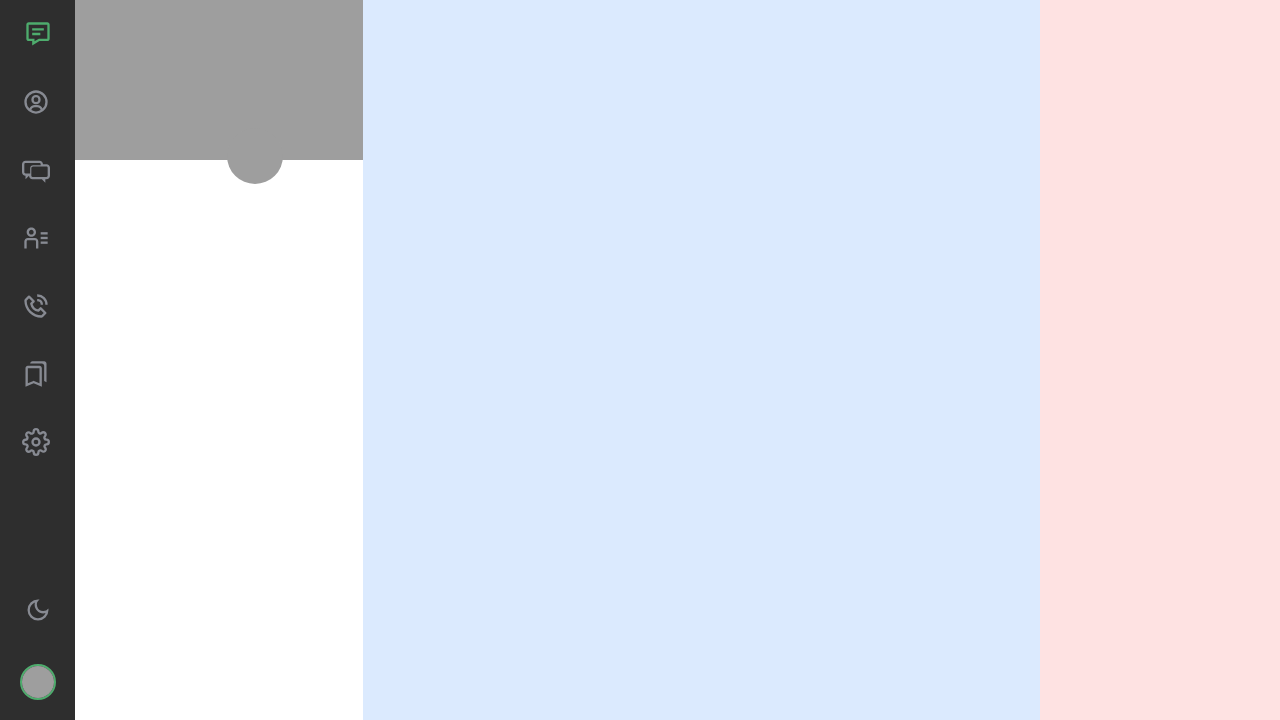
Repository: satya-ranjon/Chat-app
Page: /
An editor plug-in stored every save of this project. The page is shown before and after the next save, followed by the edit.
The browser window is 1280 px wide. The pictures show the whole page.
Pictures or frames that could not be fetched are drawn as grey boxes. The project was rebuilt for these pictures with package versions that can differ from the ones it lists, and the page was loaded fresh each time.

Above is the page before, as saved 2022-03-31 03:18:20.

After the next save:
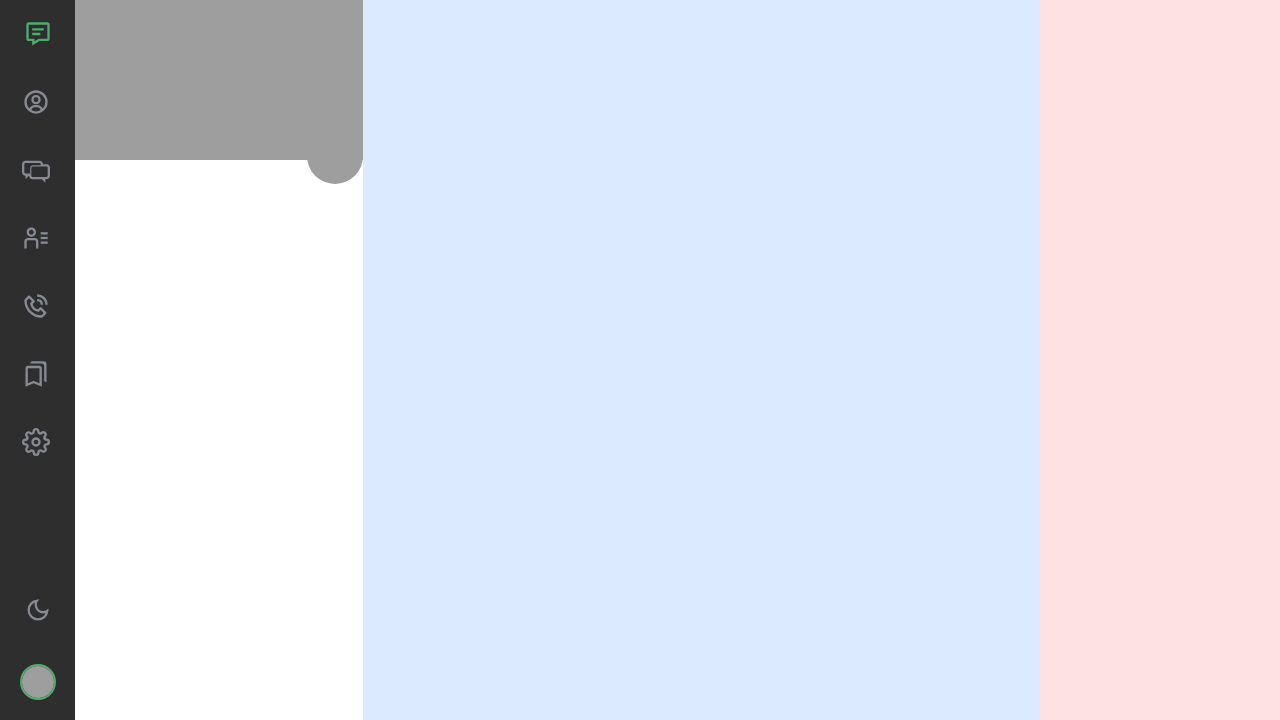
Saved 37 s later.
--- a/src/components/MyProfile/MyProfile.jsx
+++ b/src/components/MyProfile/MyProfile.jsx
@@ -8,7 +8,7 @@ export default function MyProfile() {
     <div className="w-72 h-screen ">
       <div className="relative">
         <img src={Image} alt={Image} className="w-full h-40" />
-        <UserImage className="w-14 h-14 rounded-full absolute  -bottom-6 right-20" />
+        <UserImage className="w-14 h-14 rounded-full absolute  -bottom-6 right-0 my-auto" />
       </div>
     </div>
   );
